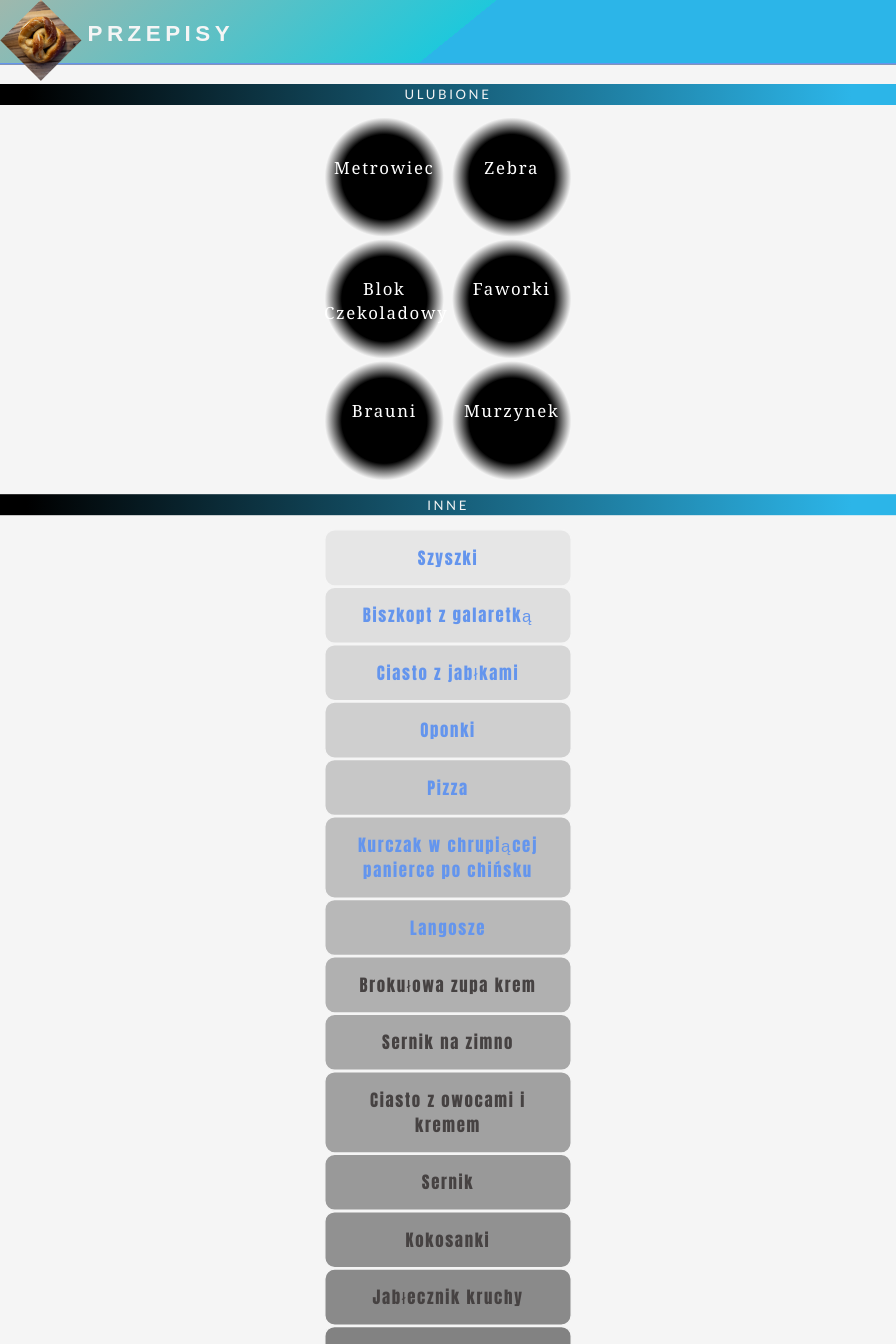
Repository: yaoayh/przepisy
Page: index.html
These files come from the project's save history. The page is drawn as it stood at one moment and after the next save; the edit follows.
The browser window is 1280 px wide. The pictures show the part of the page from y = 0 to 1920 px (the page is 3137 px tall before and 3147 px after), at 70% of full size.

Above is the page before, as saved 2020-08-14 18:32:56.

### index.html
<!DOCTYPE html>
<html>
    <head>
        <title>Przepisy</title>

        <meta charset="UTF-8">
        <meta name="viewport" content="width=device-width,
        initial-scale=1.0">
        <meta name="author" content="Dawid Litwin">

        <link rel="shortcut icon" href="images/icon.jpg">

        <link href="css/styles.css" type="text/css"
        rel="stylesheet" />
    </head>

    <body>
        <!--                HEADER                           -->
        <div id="header">
            <div class="picture">
                <a href="#top"><img src="images/precel.jpg" alt="precel"
                title="obrazek przedstawiajacy precel"
                width= "82,8" height= "82,8"></a>
            </div>
        <h1>Przepisy</h1>
        </div>


        <!--                    INFO 1                       -->

        <div class="info_Nr1">
            <h3>Ulubione</h3>
        </div>
        <!--                    SQARES                       -->

        <form class="head_Sqares">
            <!----------------------------------------------------------------------------------------------------------------------------------------------------------------------->
            <a class="m1" href="podstrony/metrowiec.html">
            <div class="sqares_Left">
                <p class="favorites">Metrowiec
                </p>
            </div></a>
            <a href="podstrony/Zebra.htm">
            <div class="sqares_Right">
                <p class="favorites">Zebra</p>
            </div></a>
            <!---->
            <a href="podstrony/blok_Czekoladowy.html"><div class="sqares_Left">
                <p class="bigger">Blok Czekoladowy</p>
            </div></a>
            <a href="podstrony/faworki.html"><div class="sqares_Right">
                <p>Faworki</p>
            </div></a>
            <!---->
            <a href="podstrony/brauni.html"> <div class="sqares_Left">
                <p>Brauni</p>
            </div></a>
            <a href="podstrony/murzynek.html"><div class="sqares_Right">
                <p>Murzynek</p>
            </div></a>
            <!----------------------------------------------------------------------------------------------------------------------------------------------------------------------->
        </form>
        <div class="info_Nr2">
            <h3>Inne</h3>
        </div>
        <!--            CZEŚĆ DRUGA                          -->

        <form class="main2">
            <a href="podstrony/szyszki.html"><div class="n1"><p class="p1">Szyszki</p></div></a>
            <a href="podstrony/biszkopt_z_galaretką.html"><div class="n2"><p class="p1">Biszkopt z galaretką</p></div></a>
            <a href="podstrony/ciasto_z_jablkami.html"><div class="n3"><p class="p1">Ciasto z jabłkami</p></div></a>
            <a href="podstrony/oponki.html"><div class="n4"><p class="p1">Oponki</p></div></a>
            <a href="podstrony/pizza.html"><div class="n5"><p class="p1">Pizza</p></div></a>
            <a href="podstrony/kurczak_po_chinsku.html"><div class="n6"><p class="p1">Kurczak w chrupiącej panierce po chińsku</p></div></a>
            <a href="podstrony/langosze.html"><div class="n7"><p class="p1">Langosze</p></div></a>
            <a href="podstrony/brokulowa_zupa_krem.html"><div class="n8"><p class="p1_Shadow">Brokułowa zupa krem</p></div></a>
            <a href="podstrony/sernik_na_zimno.html"><div class="n9"><p class="p1_Shadow">Sernik na zimno</p></div></a>
            <a href="podstrony/ciasto_z_owocami_i_kremem.html"><div class="n10"><p class="p1_Shadow">Ciasto z owocami i kremem</p></div></a>
            <a href="podstrony/sernik.html"><div class="n11"><p class="p1_Shadow">Sernik</p></div></a>
            <a href="podstrony/kokosanki.html"><div class="n12"><p class="p1_Shadow">Kokosanki</p></div></a>
            <a href="podstrony/jablecznik_kruchy.html"><div class="n13"><p class="p1_Shadow">Jabłecznik kruchy</p></div></a>
            <a href="podstrony/ciasto_kasi.html"><div class="n14"><p class="p1_Shadow">Ciasto Kasi</p></div></a>
            <a href="podstrony/ciasto_ucierane.html"><div class="n15"><p class="p1">Ciasto ucierane z owocami</p></div></a>
            <a href="podstrony/gofry.html"><div class="n16"><p class="p1">Gofry</p></div></a>
            <a href="podstrony/brauni.html"><div class="n17"><p class="p1">Brauni Kasi</p></div></a>
            <a href="podstrony/salatka_francuska.html"><div class="n18"><p class="p1">Sałatka francuska</p></div></a>
            <a href="podstrony/botwina.html"><div class="n19"><p class="p1">Botwina</p></div></a>
            <a href="podstrony/nalewka.html"><div class="n20"><p class="p1">Nalewka</p></div></a>
            <a href="podstrony/salatka_zolta.html"><div class="n21"><p class="p1">Sałatka żółta</p></div></a>
            <a href="podstrony/ogorki_konserwowe.html"><div class="n22"><p class="p1">Ogórki konserwowe</p></div></a>
            <a href="podstrony/zacierki.html"><div class="n23"><p class="p1">Zacierki</p></div></a>
            <div class="n24"><p class="p1">Zupa serowa z pulpetami</p></div>
            <a href="podstrony/sos_beszamelowy_zapiekany.html"><div class="n25"><p class="p1">Sos beszamelowy Zapiekany</p></div></a>
            <a href="podstrony/kurczak_z_antylii.html">
                <div class="n26">
                    <p class="p1">Kurczak z Antylii</p>
                </div>
            </a>
            <br>

        </form>
        <br><br><br>

        <!--            PRAWA AUTORIESKIE                    -->

        <form class="bottom">
            <strong> <q>Precel</q>
                by <a class="a_Bottom" href="https://www.flickr.com/photos/ajay_suresh/">ajay_suresh</a>
        </strong>
        </form>


    </body>
</html>

### css/styles.css
@keyframes firstletter {
    0% {
        font-family: "Arial Black", Gadget, sans-serif;
    }
    25% {
        font-family: "Courier New", Courier, monospace;
    }
    50% {
        font-family: "Comic Sans MS", cursive, sans-serif;
    }
    75% {
        font-family: "Agency FB";
    }
    100% {
        font-family: "Tw Cen MT";
    }
}
@keyframes moving {
    from {
        transform: translateX(-5px);
    }
    to {
        transform: translateX(0px);
    }
}
@keyframes shake {
    from {
        color: #2cb5e8;
    }
    to {
        color: whitesmoke;
    }
}
@keyframes main_Circle {
    from {
        /* background-color: cornflowerblue; */
        opacity: 0;
        /* background-image: radial-gradient(circle,red,red 50%,whitesmoke 70%); */
    }
    to {
        /* background-color: black; */
        opacity: 1;
        /* background-image: radial-gradient(circle,black,black 50%,whitesmoke 70%); */
    }
}
html{overflow: scroll;}
body {
    height: auto;
	margin: 0px;
    background-color: whitesmoke;
}

/*                      Nagłówek                    */
body.body_Undersite{
    padding: 5px;
}
#header {
    top: 0px;
    width: 100%;
    height: 90px;
    position: fixed;
    background-color: black;
    background-image: linear-gradient(141deg, #9fb8ad 0%, #1fc8db 51%, #2cb5e8 51%, #2cb5e8 75%);
    border-bottom: 2px solid cornflowerblue;}

.picture{
    margin: 16px;
    float: left;
    width: 82px;
    transform: rotate(45deg);}

h1 {
    text-transform: uppercase;
    font-family: Arial, Helvetica, sans-serif;
    letter-spacing: 0.2em;
    font-style: normal;
    color: whitesmoke;
    padding: 30px 30px 30px 15px;
    margin-left: 110px;
    margin-top: 0px;}
    aniamation-name: firstletter;
    aniamation-duration:1s;
h1::first-letter{
    font-size: 150%;
    letter-spacing: 2px;
    animation-name: firstletter;
    animation-duration: 5s;
}


/*                  CZESC II                    */
form.main2{
    margin: auto;
    height: auto; /*531px;*/
    width: 354px;/*354px;*/
    background-color: whitesmoke;
    padding: 5px;}
.info_Nr1, .info_Nr2{
    background-image: linear-gradient(to right, black 3%,#2cb5e8 95%);
    border: 12px 12px 12px 12px;
    border-color: black;
    border-style: single;
    text-align: center;
    margin-top: 120px;
    margin-bottom: 15px;
}

h3 {
    font-weight: normal;
    color: whitesmoke;
    font-family: "Gill Sans", Arial, sans-serif;
    text-transform: uppercase;
    text-align: center;
    padding: 4px;
    margin: 0px;
    letter-spacing: 0.2em;}

/*                      BLOKI                   */

form.head_Sqares {
    margin: auto;
    height: 531px; /*531px;*/
    width: 354px;/*354px;*/
    background-color: whitesmoke;
    border-radius: 20px
    padding: 5px;}

.sqares_Left, .sqares_Right {
    /* opacity: 0; */
    text-decoration: none;
    border-radius: 15px;
    margin-top: 2px;
    width: 172px;
    height: 172px;
    /* background-image: linear-gradient(whitesmoke, black); */
    /* background-image: linear-gradient(white, black, black); */
    background-image: radial-gradient(circle,black,black 50%,whitesmoke 70%);
    color: white;
    /* overflow: auto; */
    animation-name: main_Circle;
    animation-duration: 3s;

    /* border: 2px solid rgba(0, 0, 0, .1); */
    /* border-top: 2px solid rgba(245, 245, 245, 0.959); */
    /* border-top: 2px solid rgb(133, 133, 133); */

}
.sqares_Left{
    float: left;
    }
/* .first_Choice{color: cornflowerblue;} */
.sqares_Right{
    float: right ;
    clear: right;}
p {

    border-radius: 5px;
    text-decoration: none;
    padding-top: 55px;
    text-align: center;
    font-family: Georgia, 'Times New Roman', Times, serif;
    font-size: x-large;
    letter-spacing: 0.10em;
    margin:0px;
    animation-name: shake;
    animation-duration: 3s;
}
p.p1_Shadow{padding: 21px; color: rgb(70, 66, 66);
    font-family: Impact, Haettenschweiler, 'Arial Narrow Bold', sans-serif;
text-decoration: none;
animation-name: moving;
    animation-duration: 1s;
    animation-timing-function:cubic-bezier(.57,-1.01,.67,.68) ;}
p.p1{
    font-family: Impact, Haettenschweiler, 'Arial Narrow Bold', sans-serif;
    text-decoration: none;
    padding: 21px;
    color: cornflowerblue;
    animation-name: moving;
    animation-duration: 1s;
    animation-timing-function:cubic-bezier(.58,-1.24,.29,1.98) ;
}
#bigger {
    font-size: 9px;
    padding: 0px 0px;}
.info_Nr2 {margin-top: 10px;}

.n1,.n2,.n3,.n4,.n5,.n6,.n7,.n8,.n9,.n10,.n11,.n12,.n13,.n14,.n15,.n16,.n17,.n18,.n19,.n20,.n21,.n22,.n23,.n24,.n25,.n26,.n27{
    border-radius: 15px;
    border: 2px solid whitesmoke;
    clear: both;}
div.n1 {

    background-color: hsl(0, 0%, 90%);
}
.n2{
    background-color: hsl(0,0%,87%);
}
.n3{
    background-color: hsl(0, 0%, 84%);
}
.n4{
    background-color: hsl(0, 0%, 81%);
}
.n5{
    background-color: hsl(0, 0%, 78%);
}
.n6{
    background-color: hsl(0, 0%, 75%);
}
.n7{
    background-color: hsl(0, 0%, 72%);
}
.n8{
    background-color: hsl(0, 0%, 69%);
}
.n9{
    background-color: hsl(0, 0%, 66%);
}
.n10{
    background-color: hsl(0, 0%, 63%);
}
.n11{
    background-color: hsl(0, 0%, 60%);
}
.n12{
    background-color: hsl(0, 0%, 57%);
}
.n13{
    background-color: hsl(0, 0%, 54%);
}
.n14{
    background-color: hsl(0, 0%, 51%);
}
.n15{
    background-color: hsl(0, 0%, 48%);
}
.n16{
    background-color: hsl(0, 0%, 45%);
}
.n17{
    background-color: hsl(0, 0%, 42%);
}
.n18{
    background-color: hsl(0, 0%, 39%);
}
.n19{
    background-color: hsl(0, 0%, 36%);
}
.n20{
    background-color: hsl(0, 0%, 33%);
}
.n21{
    background-color: hsl(0, 0%, 30%);
}
.n22{
    background-color: hsl(0, 0%, 27%);
}
.n23{
    background-color: hsl(0, 0%, 24%);
}
.n24{
    background-color: hsl(0, 0%, 21%);
}
.n25{
    background-color: hsl(0, 0%, 18%);
}
.n26{
    background-color: hsl(0, 0%, 15%);
}
.n27{background-color: hsl(0, 0%, 12%);}


/*                  PRAWA AUTORSKIE             */
.a_Bottom {
    text-decoration: none;
    color: white;
    text-decoration-line: underline;
}
.bottom {
    padding: 5px;
    text-decoration: none;
    background-color: black;
    color: white;
}
/**************************************************************************************/

#header_Undersite {
    top: 0px;
    width: 100%;
    height: 90px;
    position: fixed;
    background-color: black;
    border-bottom: 2px solid cornflowerblue;}
h1.h1_Undersite {
    letter-spacing: 0.15em;
}

a.m1:visited{
    color: cornflowerblue;
}
a {

    text-decoration: whitesmoke;

}
a:visited{
    color: whitesmoke;
}
a:hover{
    text-decoration: none;
    background-color: aquamarine;
    color: cyan;
}
td{
    font-size: large;
    text-decoration: solid;
    font-family: Arial, Helvetica, sans-serif;
    padding: 5px;
    background-color: cornflowerblue;
    border-radius: 5px;

}
form.form_Undersite{
    margin-top: 120px;
    background-color: rgb(245, 245, 245);
}
.name{
    max-width: 400px;
    border-radius: 35px;
    border: 8px double cornflowerblue;
    background-color: hsl(245,0%,95%);
    padding: 5px 0px 5px 5px;
    margin: 5px;}

h2 {
    text-align: left;
    font-size: x-large;
    text-transform: uppercase;
    font-family: Arial, Helvetica, sans-serif;
    letter-spacing: 0.2em;
    font-style: normal;
    color: whitesmoke;
    padding: 30px;
    border: 1px solid cornflowerblue;
    border-radius: 0px 20px 20px 0px;
    max-width: 120px;
    background-color: cornflowerblue;
    }
table {

    margin-right: 0px;
    padding: 10px 0px 10px 0px;
}
tr{
    empty-cells: hide;
}
td {
    width: 60px;
    background-color: hsl(0,0%,87%);
    border-radius: 10px;
    padding: 10px 5px 10px 10px;
    text-align: right;
    font-weight: bold;
}
td.table2{
    width: auto;
    background-color: cornflowerblue;
    border-radius: 50px;
    font-weight: normal;
    padding: 10px 10px 10px 10px;
    text-align: left;
}
ol{
    padding: 10px 0px 10px 0px;
    margin: 25px;
    border-radius: 20px;
    background-color: hsl(0,0%,87%);
}
li {

    font-family: Arial, Helvetica, sans-serif;
    font-size: large;
    padding: 15px 5px 10px 5px;
}
.ps{
    background-color: hsl(0,0%,87%);
    margin: 5px;
    border: 4px double cadetblue;
    border-radius: 5px;
    padding: 5px;
}

After the next save:
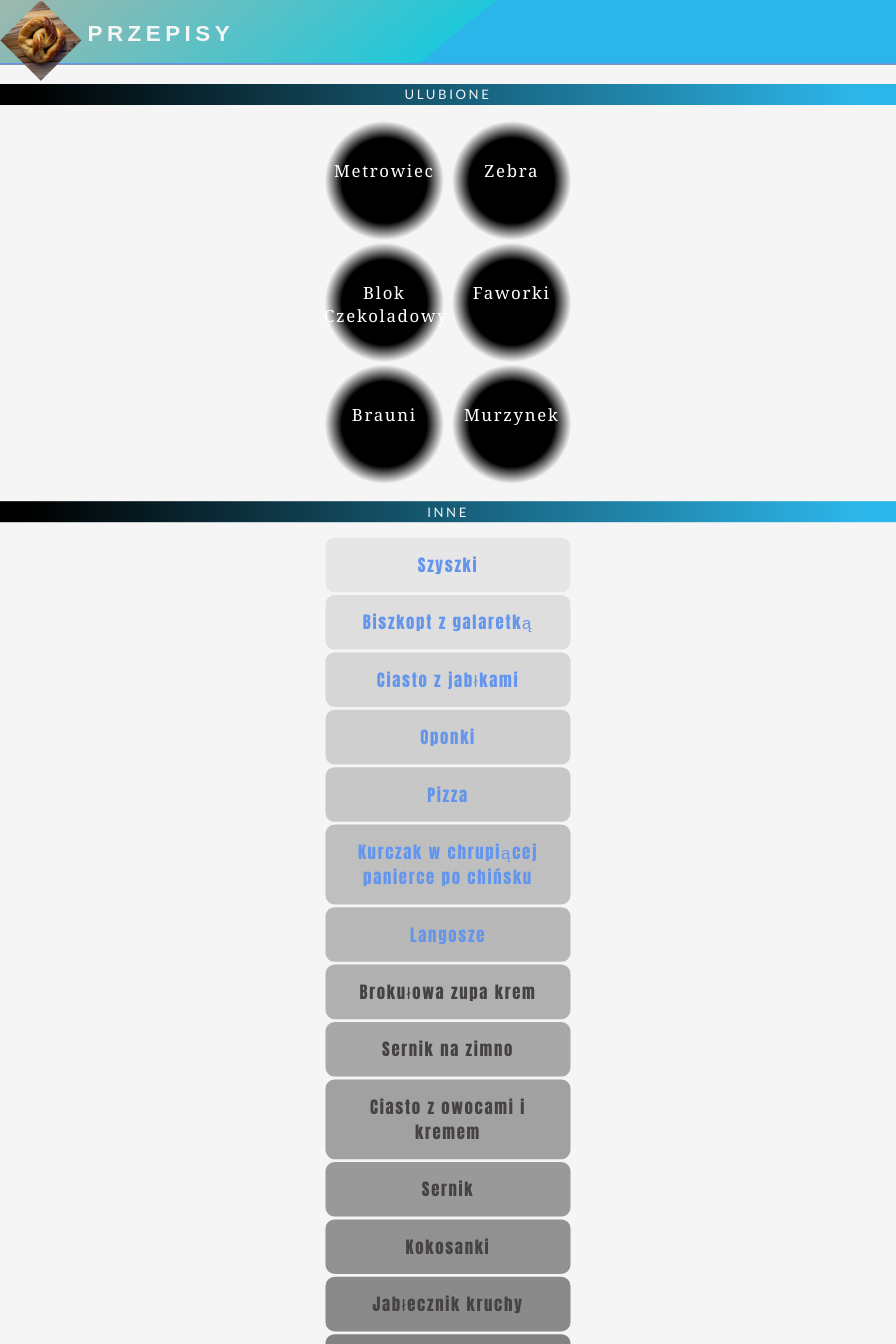
Saved 82 s later.
--- a/css/styles.css
+++ b/css/styles.css
@@ -122,7 +122,7 @@ form.head_Sqares {
     height: 531px; /*531px;*/
     width: 354px;/*354px;*/
     background-color: whitesmoke;
-    border-radius: 20px
+    border-radius: 20px;
     padding: 5px;}
 
 .sqares_Left, .sqares_Right {
